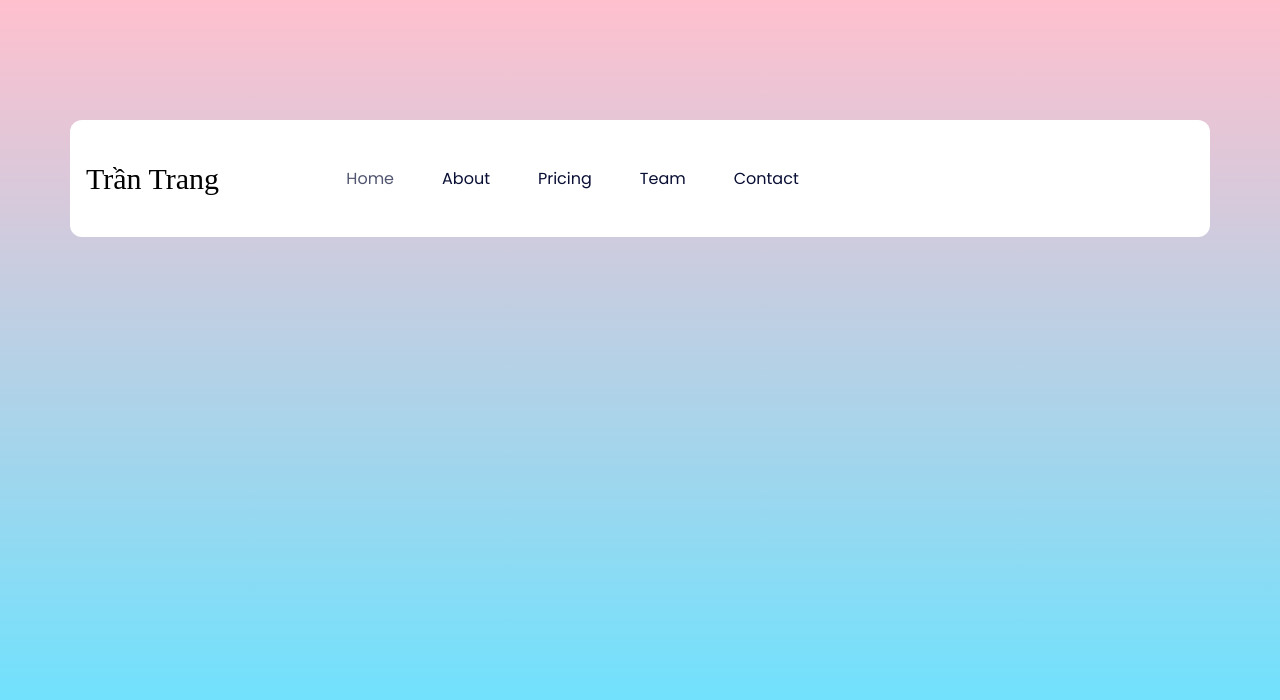
Repository: trantrang2101/CV
Page: index.html
An editor plug-in stored every save of this project. The page is shown before and after the next save, followed by the edit.
The browser window is 1280 px wide. The pictures show the whole page.
Some web fonts or font styles are not loaded; a fallback is used.

Above is the page before, as saved 2022-07-13 18:51:50.
Console error: TypeError: Cannot read properties of null (reading 'offsetTop')

After the next save:
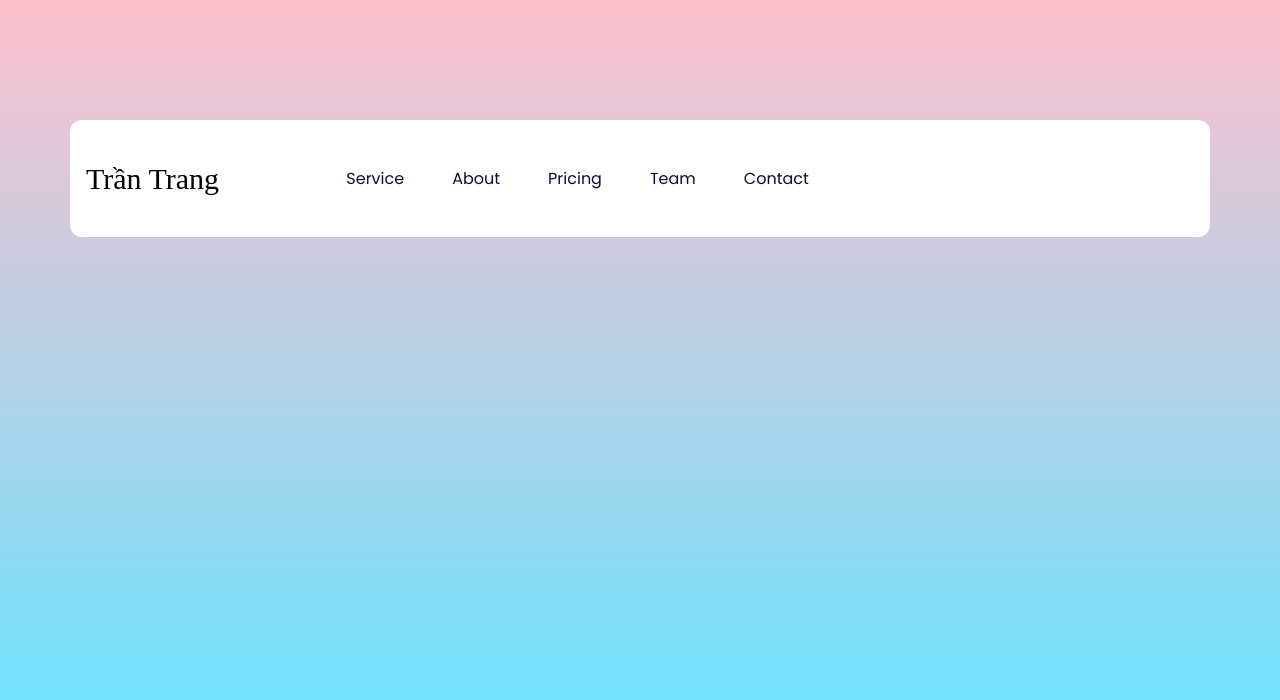
Saved 34 s later.
--- a/index.html
+++ b/index.html
@@ -42,9 +42,9 @@
                                 class="absolute py-5 lg:py-0 lg:px-4 xl:px-6 bg-white lg:bg-transparent shadow-lg rounded-lg max-w-[250px] w-full lg:max-w-full lg:w-full right-4 top-full hidden lg:block lg:static lg:shadow-none">
                                 <ul class="blcok lg:flex">
                                     <li class="relative group">
-                                        <a href="#home"
+                                        <a href="#services"
                                             class="ud-menu-scroll text-base text-dark lg:group-hover:opacity-70 lg:group-hover:text-dark group-hover:text-primary py-2 lg:py-6 lg:inline-flex lg:px-0 flex mx-8 lg:mr-0">
-                                            Home
+                                            Service
                                         </a>
                                     </li>
                                     <li class="relative group">
